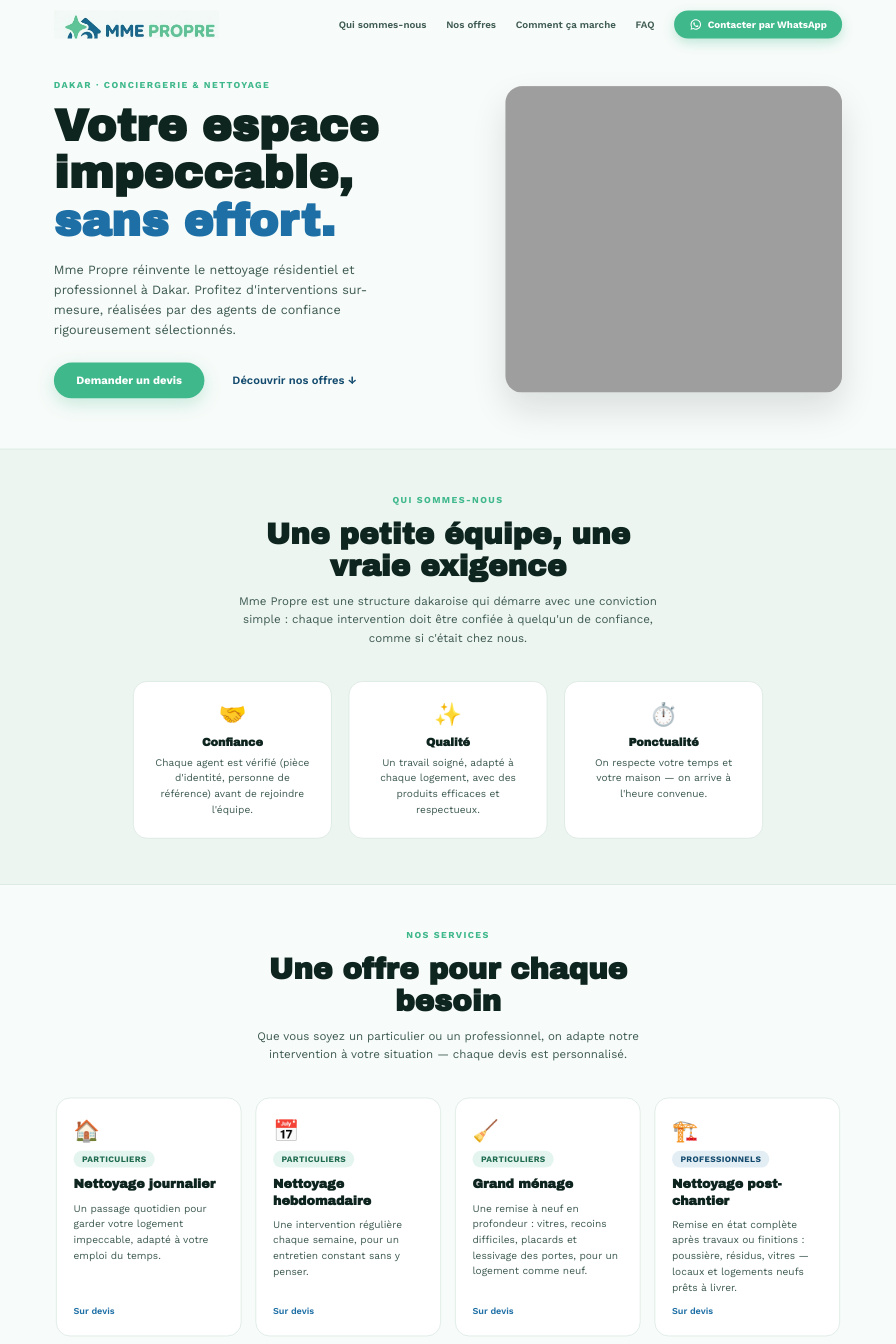
Repository: AntaaaKD/Mme-Propre
Page: index.html
An editor plug-in stored every save of this project. The page is shown before and after a run of saves, followed by the edit.
The browser window is 1280 px wide. The pictures show the part of the page from y = 0 to 1920 px (the page is 4385 px tall before and 4395 px after), at 70% of full size.
Pictures or frames that could not be fetched are drawn as grey boxes.

Above is the page before, as saved 2026-07-29 00:47:37.

### index.html
<!DOCTYPE html>
<html lang="fr">
<head>
<meta charset="UTF-8">
<meta name="viewport" content="width=device-width, initial-scale=1.0">
<title>Mme Propre — La propreté de votre demeure, en un clic</title>
<meta name="description" content="Nettoyage résidentiel et professionnel à Dakar : particuliers, bureaux, post-chantier. Agents de confiance, devis gratuit sous 24h.">

<!-- Aperçu de lien (WhatsApp, Facebook, etc.) -->
<meta property="og:type" content="website">
<meta property="og:title" content="Mme Propre — La propreté de votre demeure, en un clic">
<meta property="og:description" content="Nettoyage résidentiel et professionnel à Dakar : particuliers, bureaux, post-chantier. Agents de confiance, devis gratuit sous 24h.">
<meta property="og:image" content="https://images.unsplash.com/photo-1758272421751-963195322eaa?w=1200&auto=format&fit=crop&q=80">
<!-- ⚠️ Remplacer par l'URL réelle une fois le site déployé sur Netlify -->
<meta property="og:url" content="https://mme-propre.netlify.app/">
<meta name="twitter:card" content="summary_large_image">
<link rel="icon" type="image/png" href="data:[embedded picture, 38990 characters]">
<link rel="preconnect" href="https://fonts.googleapis.com">
<link rel="preconnect" href="https://fonts.gstatic.com" crossorigin>
<link href="https://fonts.googleapis.com/css2?family=Archivo+Black&family=Work+Sans:wght@400;500;600;700&display=swap" rel="stylesheet">

<!-- Sécurité : Cloudflare Turnstile -->
<script src="https://challenges.cloudflare.com/turnstile/v0/api.js" async defer></script>

<style>
  :root{
    --surface:#F7FBF9;
    --surface-2:#ECF5F0;
    --ink:#0E241E;
    --ink-soft:#3E5A52;
    --blue:#1D6FA5;
    --blue-deep:#124A6E;
    --mint:#3FB88C;
    --lemon:#F2C230;
    --line:#D6E6DE;
    --display:"Archivo Black", sans-serif;
    --body:"Work Sans", sans-serif;
  }
  *{box-sizing:border-box;}
  body{margin:0;padding:0;background:var(--surface);color:var(--ink);font-family:var(--body);}
  a{color:inherit;}
  section{scroll-margin-top:20px;}

  header{
    display:flex;align-items:center;justify-content:space-between;
    padding:15px 6vw;position:sticky;top:0;background:rgba(247,251,249,0.9);
    backdrop-filter:blur(6px);z-index:20;border-bottom:1px solid transparent;
  }
  .logo{display:flex;align-items:center;}
  .logo img{height:40px;width:auto;display:block;}
  nav{display:flex;align-items:center;gap:28px;}
  nav a.nav-link{font-size:14px;font-weight:600;color:var(--ink-soft);text-decoration:none;}
  .header-cta{
    font-size:14px;font-weight:700;color:#fff;background:var(--blue-deep);
    border-radius:999px;padding:11px 22px;text-decoration:none;
    transition:transform .15s ease;
  }
  .header-cta:hover{transform:translateY(-2px);}
  .header-cta-wa{
  display:inline-flex;align-items:center;gap:8px;background:var(--mint);
  box-shadow:0 6px 16px rgba(63,184,140,0.3);
}
.header-cta-wa:hover{box-shadow:0 10px 22px rgba(63,184,140,0.45);}
  @media (max-width:760px){ nav a.nav-link{display:none;} }

  .hero{position:relative;padding:6vh 6vw 10vh;overflow:hidden;}
  .hero-grid{position:relative;z-index:2;display:grid;grid-template-columns:1.1fr 0.9fr;gap:56px;align-items:center;}
  @media (max-width:860px){.hero-grid{grid-template-columns:1fr;gap:40px;} .hero-image{max-height:320px;}}
  .hero-image{position:relative;border-radius:24px;overflow:hidden;box-shadow:0 24px 50px rgba(14,36,30,0.12);aspect-ratio:1.1;}
  .hero-image img{width:100%;height:100%;object-fit:cover;display:block;}
  .eyebrow{font-size:13px;font-weight:700;letter-spacing:2px;text-transform:uppercase;color:var(--mint);margin-bottom:18px;}
  h1{font-family:var(--display);font-size:clamp(36px,5.5vw,64px);line-height:1.05;margin:0 0 22px;max-width:15ch;}
  h1 .accent{color:var(--blue);}
  .hero p.lead{font-size:18px;color:var(--ink-soft);max-width:46ch;line-height:1.6;margin:0 0 32px;}
  .hero-ctas{display:flex;gap:16px;align-items:center;flex-wrap:wrap;}
  .btn-primary{
    background:var(--mint);color:#fff;font-weight:700;padding:16px 32px;
    border-radius:999px;box-shadow:0 8px 24px rgba(63,184,140,0.25);text-decoration:none;
    transition:transform .2s ease, box-shadow .2s ease;
  }
  .btn-primary:hover{transform:translateY(-2px);box-shadow:0 12px 28px rgba(63,184,140,0.4);}
  .btn-secondary{font-weight:600;color:var(--blue-deep);padding:16px 24px;text-decoration:none;}

  .section{padding:9vh 6vw;}
  .section.alt{background:var(--surface-2);border-top:1px solid var(--line);border-bottom:1px solid var(--line);}
  .section-head{max-width:640px;margin:0 auto 48px;text-align:center;}
  .section-head .eyebrow{justify-content:center;display:flex;}
  .section-head h2{font-family:var(--display);font-size:clamp(28px,3.6vw,42px);margin:0 0 14px;}
  .section-head p{color:var(--ink-soft);font-size:16.5px;line-height:1.6;margin:0;}

    /* ---------- Qui sommes-nous / Valeurs ---------- */
  .values-grid{max-width:900px;margin:0 auto;display:grid;grid-template-columns:repeat(3,1fr);gap:24px;}
  @media (max-width:760px){.values-grid{grid-template-columns:1fr;}}
  .value-card{
    background:#fff;border:1.5px solid var(--line);border-radius:20px;padding:28px 24px;
    text-align:center;transition:transform .18s ease, box-shadow .18s ease;
  }
  .value-card:hover{transform:translateY(-4px);box-shadow:0 16px 32px rgba(14,36,30,0.08);}
  .value-icon{font-size:32px;display:block;margin-bottom:12px;}
  .value-card h4{font-family:var(--display);font-size:16px;margin:0 0 10px;}
  .value-card p{color:var(--ink-soft);font-size:14.5px;line-height:1.55;margin:0;}


  .offers{max-width:1120px;margin:0 auto;display:grid;grid-template-columns:repeat(4,1fr);gap:20px;}
  @media (max-width:980px){.offers{grid-template-columns:repeat(2,1fr);}}
  @media (max-width:560px){.offers{grid-template-columns:1fr;}}
  .offer-card{
    background:#fff;border:1.5px solid var(--line);border-radius:20px;padding:28px 24px;
    display:flex;flex-direction:column;gap:12px;transition:transform .18s ease, box-shadow .18s ease;
  }
  .offer-card:hover{transform:translateY(-4px);box-shadow:0 16px 32px rgba(14,36,30,0.08);}
  .offer-card .emoji{font-size:30px;}
  .offer-card h3{font-family:var(--display);font-size:18px;margin:0;line-height:1.3;}
  .offer-card p{color:var(--ink-soft);font-size:14.5px;line-height:1.55;margin:0;flex:1;}
  .offer-tag{
    align-self:flex-start;font-size:12px;font-weight:700;letter-spacing:0.5px;text-transform:uppercase;
    padding:5px 12px;border-radius:999px;
  }
  .tag-domicile{background:rgba(63,184,140,0.14);color:#1f6b4f;}
  .tag-pro{background:rgba(29,111,165,0.12);color:var(--blue-deep);}
  .offer-quote{font-size:13px;font-weight:600;color:var(--blue);margin-top:2px;}

  .steps{max-width:900px;margin:0 auto;display:grid;grid-template-columns:repeat(3,1fr);gap:28px;}
  @media (max-width:760px){.steps{grid-template-columns:1fr;}}
  .step{text-align:center;}
  .step-num{
    width:44px;height:44px;border-radius:50%;background:var(--blue-deep);color:#fff;
    display:flex;align-items:center;justify-content:center;font-family:var(--display);font-size:17px;
    margin:0 auto 16px;
  }
  .step h4{font-family:var(--display);font-size:17px;margin:0 0 8px;}
  .step p{color:var(--ink-soft);font-size:14.5px;line-height:1.55;margin:0;}

  .form-wrap{max-width:760px;margin:0 auto;background:#fff;border:1.5px solid var(--line);border-radius:24px;padding:44px 40px;}
  @media (max-width:600px){.form-wrap{padding:32px 22px;}}
  .grid{display:grid;grid-template-columns:1fr 1fr;gap:16px;}
  @media (max-width:680px){.grid{grid-template-columns:1fr;}}
  .field{display:flex;flex-direction:column;gap:6px;}
  .field.full{grid-column:1/-1;}
  label{font-size:13px;font-weight:600;color:var(--ink-soft);}
  input,select,textarea{
    font-family:var(--body);font-size:15px;border:1.5px solid var(--line);border-radius:12px;
    padding:13px 15px;background:#fff;color:var(--ink);outline:none;transition:border-color .18s ease;
  }
  input:focus,select:focus,textarea:focus{border-color:var(--blue);}
  textarea{resize:vertical;min-height:90px;}

  .security-row { margin-top: 10px; display: flex; justify-content: center; width: 100%; }

  .submit-row{margin-top:20px;display:flex;align-items:center;gap:16px;flex-wrap:wrap;}
  .btn-whatsapp{
    display:inline-flex;align-items:center;gap:10px;background:var(--mint);color:#fff;border:none;
    border-radius:999px;padding:15px 26px;font-family:var(--body);font-weight:700;font-size:15px;cursor:pointer;
    transition:transform .15s ease, box-shadow .15s ease;
  }
  .btn-whatsapp:hover{transform:translateY(-2px);box-shadow:0 8px 22px rgba(63,184,140,0.35);}
  .btn-whatsapp:disabled{opacity:0.6;cursor:not-allowed;transform:none;}
  .btn-whatsapp-outline{
    display:inline-flex;align-items:center;gap:10px;background:#fff;color:var(--ink);border:1.5px solid var(--line);
    border-radius:999px;padding:14px 24px;font-family:var(--body);font-weight:700;font-size:14.5px;cursor:pointer;
    transition:transform .15s ease, border-color .15s ease;
  }
  .btn-whatsapp-outline:hover{transform:translateY(-2px);border-color:var(--mint);}
  .hint{font-size:13px;color:var(--ink-soft);}
  .privacy-note{font-size:12.5px;color:var(--ink-soft);margin-top:10px;line-height:1.5;}
  .hp-field{position:absolute;left:-9999px;top:-9999px;height:0;width:0;overflow:hidden;}

  .direct{padding:8vh 6vw;text-align:center;}

  /* ---------- FAQ ---------- */
  .faq-list{max-width:760px;margin:0 auto;display:flex;flex-direction:column;gap:14px;}
  .faq-item{
    background:#fff;border:1.5px solid var(--line);border-radius:16px;
    padding:6px 22px;transition:border-color .18s ease;
  }
  .faq-item[open]{border-color:var(--mint);}
  .faq-item summary{
    padding:16px 0;font-family:var(--display);font-size:15.5px;cursor:pointer;
    list-style:none;display:flex;align-items:center;justify-content:space-between;gap:16px;color:var(--ink);
  }
  .faq-item summary::-webkit-details-marker{display:none;}
  .faq-item summary::after{
    content:"+";font-family:var(--body);font-size:22px;font-weight:400;color:var(--mint);flex-shrink:0;
    transition:transform .2s ease;
  }
  .faq-item[open] summary::after{transform:rotate(45deg);}
  .faq-item p{color:var(--ink-soft);font-size:14.5px;line-height:1.6;margin:0 0 18px;}
  .direct h3{font-family:var(--display);font-size:clamp(22px,3vw,30px);margin:0 0 12px;}
  .direct p{color:var(--ink-soft);margin:0 0 26px;font-size:16px;}
  .btn-direct{
    display:inline-flex;align-items:center;gap:10px;
    background:var(--blue-deep);color:#fff;border:none;border-radius:999px;
    padding:16px 30px;font-family:var(--body);font-weight:700;font-size:15.5px;text-decoration:none;
    transition:transform .15s ease;
  }
  .btn-direct:hover{transform:translateY(-2px);}

  footer{padding:26px 6vw;border-top:1px solid var(--line);font-size:13px;color:var(--ink-soft);display:flex;justify-content:space-between;flex-wrap:wrap;gap:10px;}
</style>
</head>
<body>

<header>
  <div class="logo"><img src="data:[embedded picture, 79982 characters]" alt="Mme Propre"></div>
    <nav>
    <a class="nav-link" href="#apropos">Qui sommes-nous</a>
    <a class="nav-link" href="#offres">Nos offres</a>
    <a class="nav-link" href="#comment">Comment ça marche</a>
    <a class="nav-link" href="#faq">FAQ</a>
    <a class="header-cta header-cta-wa" id="header-wa-btn" href="#" target="_blank" rel="noopener">
  <svg viewBox="0 0 24 24" width="18" height="18" fill="currentColor" aria-hidden="true">
    <path d="M12 2C6.48 2 2 6.48 2 12c0 1.85.5 3.58 1.38 5.07L2 22l5.11-1.34A9.94 9.94 0 0 0 12 22c5.52 0 10-4.48 10-10S17.52 2 12 2zm0 18c-1.63 0-3.16-.44-4.48-1.21l-.32-.19-3.03.79.81-2.95-.21-.31A7.94 7.94 0 0 1 4 12c0-4.41 3.59-8 8-8s8 3.59 8 8-3.59 8-8 8zm4.36-5.86c-.24-.12-1.42-.7-1.64-.78-.22-.08-.38-.12-.54.12-.16.24-.62.78-.76.94-.14.16-.28.18-.52.06-.24-.12-1.01-.37-1.92-1.19-.71-.63-1.19-1.41-1.33-1.65-.14-.24-.01-.37.11-.49.11-.11.24-.28.36-.42.12-.14.16-.24.24-.4.08-.16.04-.3-.02-.42-.06-.12-.54-1.3-.74-1.78-.19-.46-.39-.4-.54-.4-.14 0-.3-.02-.46-.02s-.42.06-.64.3c-.22.24-.84.82-.84 2s.86 2.32.98 2.48c.12.16 1.7 2.6 4.12 3.64.58.25 1.03.4 1.38.51.58.18 1.11.16 1.53.1.47-.07 1.42-.58 1.62-1.14.2-.56.2-1.04.14-1.14-.06-.1-.22-.16-.46-.28z"/>
  </svg>
  <span>Contacter par WhatsApp</span>
</a>
  </nav>
</header>

<section class="hero">
  <div class="hero-grid">
    <div>
      <div class="eyebrow">Dakar · Conciergerie & Nettoyage</div>
      <h1>Votre espace impeccable, <span class="accent">sans effort.</span></h1>
      <p class="lead">Mme Propre réinvente le nettoyage résidentiel et professionnel à Dakar. Profitez d'interventions sur-mesure, réalisées par des agents de confiance rigoureusement sélectionnés.</p>
      <div class="hero-ctas">
        <a href="#devis" class="btn-primary">Demander un devis</a>
        <a href="#offres" class="btn-secondary">Découvrir nos offres ↓</a>
      </div>
    </div>
    <div class="hero-image">
      <img src="https://african.land/oc-content/plugins/blog/img/blog/328.jpg" alt="Nettoyage professionnel de maison à Dakar">

    </div>
  </div>
</section>



<!-- ============ NOUVELLE SECTION : QUI SOMMES-NOUS ============ -->
<section class="section alt" id="apropos">
  <div class="section-head">
    <div class="eyebrow">Qui sommes-nous</div>
    <h2>Une petite équipe, une vraie exigence</h2>
    <p>Mme Propre est une structure dakaroise qui démarre avec une conviction simple : chaque intervention doit être confiée à quelqu'un de confiance, comme si c'était chez nous.</p>
  </div>
  <div class="values-grid">
    <div class="value-card">
      <span class="value-icon">🤝</span>
      <h4>Confiance</h4>
      <p>Chaque agent est vérifié (pièce d'identité, personne de référence) avant de rejoindre l'équipe.</p>
    </div>
    <div class="value-card">
      <span class="value-icon">✨</span>
      <h4>Qualité</h4>
      <p>Un travail soigné, adapté à chaque logement, avec des produits efficaces et respectueux.</p>
    </div>
    <div class="value-card">
      <span class="value-icon">⏱️</span>
      <h4>Ponctualité</h4>
      <p>On respecte votre temps et votre maison — on arrive à l'heure convenue.</p>
    </div>
  </div>
</section>
<!-- ============ FIN NOUVELLE SECTION ============ -->

<section class="section" id="offres">
  <div class="section-head">
    <div class="eyebrow">Nos services</div>
    <h2>Une offre pour chaque besoin</h2>
    <p>Que vous soyez un particulier ou un professionnel, on adapte notre intervention à votre situation — chaque devis est personnalisé.</p>
  </div>
  <div class="offers">
    <div class="offer-card">
      <span class="emoji">🏠</span>
      <span class="offer-tag tag-domicile">Particuliers</span>
      <h3>Nettoyage journalier</h3>
      <p>Un passage quotidien pour garder votre logement impeccable, adapté à votre emploi du temps.</p>
      <span class="offer-quote">Sur devis</span>
    </div>
    <div class="offer-card">
      <span class="emoji">📅</span>
      <span class="offer-tag tag-domicile">Particuliers</span>
      <h3>Nettoyage hebdomadaire</h3>
      <p>Une intervention régulière chaque semaine, pour un entretien constant sans y penser.</p>
      <span class="offer-quote">Sur devis</span>
    </div>
    <div class="offer-card">
      <span class="emoji">🧹</span>
      <span class="offer-tag tag-domicile">Particuliers</span>
      <h3>Grand ménage</h3>
      <p>Une remise à neuf en profondeur : vitres, recoins difficiles, placards et lessivage des portes, pour un logement comme neuf.</p>
      <span class="offer-quote">Sur devis</span>
    </div>
    <div class="offer-card">
      <span class="emoji">🏗️</span>
      <span class="offer-tag tag-pro">Professionnels</span>
      <h3>Nettoyage post-chantier</h3>
      <p>Remise en état complète après travaux ou finitions : poussière, résidus, vitres — locaux et logements neufs prêts à livrer.</p>
      <span class="offer-quote">Sur devis</span>
    </div>
  </div>
</section>

<section class="section alt" id="comment">
  <div class="section-head">
    <div class="eyebrow">Simple et rapide</div>
    <h2>Comment ça marche</h2>
  </div>
  <div class="steps">
    <div class="step">
      <div class="step-num">1</div>
      <h4>Vous nous contactez</h4>
      <p>Décrivez votre besoin via le formulaire ou directement sur WhatsApp : type de bien, surface, fréquence souhaitée.</p>
    </div>
    <div class="step">
      <div class="step-num">2</div>
      <h4>On évalue ensemble</h4>
      <p>Selon la situation, on échange par téléphone et on organise une visite pour établir un devis précis et adapté.</p>
    </div>
    <div class="step">
      <div class="step-num">3</div>
      <h4>Intervention programmée</h4>
      <p>Une fois le devis validé, on planifie l'intervention à la date qui vous convient le mieux.</p>
    </div>
  </div>
</section>

<section class="section" id="faq">
  <div class="section-head">
    <div class="eyebrow">Questions fréquentes</div>
    <h2>Ce que vous vous demandez peut-être</h2>
  </div>
  <div class="faq-list">
    <details class="faq-item">
      <summary>Comment sélectionnez-vous vos agents de nettoyage ?</summary>
      <p>Chaque candidat passe par une vérification d'identité (pièce d'identité) et fournit une personne de référence avant de rejoindre l'équipe. On reste une petite structure qui démarre, donc chaque profil est validé personnellement plutôt que via un processus automatisé.</p>
    </details>
    <details class="faq-item">
      <summary>Dois-je être présent(e) pendant l'intervention ?</summary>
      <p>Ce n'est pas obligatoire, mais c'est recommandé pour la toute première intervention afin de valider ensemble vos attentes et l'accès au logement. Pour les interventions suivantes, on s'organise selon ce qui vous convient le mieux.</p>
    </details>
    <details class="faq-item">
      <summary>Comment se passe le paiement ?</summary>
      <p>Les modalités (montant, moyen de paiement, fréquence) sont fixées ensemble au moment du devis, avant toute intervention — vous savez exactement à quoi vous attendre dès le départ.</p>
    </details>
    <details class="faq-item">
      <summary>Que se passe-t-il si je ne suis pas satisfait(e) ?</summary>
      <p>Contactez-nous directement — on préfère de loin ajuster le service avec vous plutôt que de laisser un problème sans réponse.</p>
    </details>
    <details class="faq-item">
      <summary>Travaillez-vous aussi avec les professionnels de l'immobilier et du bâtiment ?</summary>
      <p>Oui — nettoyage post-chantier, remise en état de logements neufs ou de locaux avant livraison. Contactez-nous pour discuter de vos besoins, ponctuels ou récurrents.</p>
    </details>
  </div>
</section>

<section class="section" id="devis">
  <div class="section-head">
    <div class="eyebrow">Demande de devis</div>
    <h2>Parlez-nous de votre projet</h2>
    <p>Particulier ou professionnel, remplissez ce formulaire — on revient vers vous rapidement avec une proposition adaptée.</p>
  </div>

  <div class="form-wrap">
    <div class="grid">
      <div class="field"><label for="d-nom">Nom complet</label><input id="d-nom" type="text" required maxlength="80" autocomplete="name" placeholder="Ex : Awa Diagne"></div>
      <div class="field"><label for="d-tel">Numéro de téléphone</label><input id="d-tel" type="tel" required maxlength="25" autocomplete="tel" inputmode="tel" pattern="^[0-9+ ]{7,25}$" placeholder="77 000 00 00"></div>
      <div class="field">
        <label for="d-type">Vous êtes</label>
        <select id="d-type">
          <option value="Particulier — Domicile">Particulier — nettoyage domicile</option>
          <option value="Pro — Post-chantier">Professionnel — nettoyage post-chantier</option>
          <option value="Pro — Bureaux/Locaux">Professionnel — bureaux / locaux</option>
          <option value="Autre">Autre</option>
        </select>
      </div>
      <div class="field"><label for="d-zone">Quartier / zone</label><input id="d-zone" type="text" placeholder="Ex : Sacré-Cœur, Dakar" maxlength="100"></div>
      <div class="field full"><label for="d-surface">Surface ou taille approximative (si connue)</label><input id="d-surface" type="text" placeholder="Ex : Appartement 3 pièces, ou 200 m²" maxlength="100"></div>
      <div class="field full">
        <label for="d-msg">Décrivez votre besoin</label>
        <textarea id="d-msg" maxlength="1000" placeholder="Ex : Nettoyage de fin de chantier pour un immeuble de 4 appartements..."></textarea>
      </div>

      <!-- Champ piège anti-bot : invisible pour un humain, souvent rempli par les robots -->
      <div class="field full hp-field" aria-hidden="true">
        <label for="d-site">Laisser ce champ vide</label>
        <input id="d-site" type="text" tabindex="-1" autocomplete="off">
      </div>

      <div class="field full security-row">
        <div class="cf-turnstile" data-sitekey="0x4AAAAAAD6Cu6YosposxSZD"></div>
      </div>
    </div>

    <div class="submit-row">
      <button class="btn-whatsapp" id="submit-btn">Envoyer ma demande</button>
      <button class="btn-whatsapp-outline" id="wa-direct-btn">Ou nous écrire sur WhatsApp</button>
    </div>
    <div class="hint" id="submit-status" style="margin-top:14px;">On vous répond généralement sous 24h.</div>
    <p class="privacy-note">En envoyant ce formulaire, vous acceptez que Mme Propre conserve ces informations pour vous recontacter au sujet de votre demande. Elles ne sont ni revendues, ni partagées avec des tiers.</p>
  </div>
</section>

<section class="direct">
  <h3>Une question avant de remplir le formulaire ?</h3>
  <p>Écrivez-nous directement, on répond vite.</p>
  <a class="btn-direct" id="direct-wa" href="#" target="_blank" rel="noopener">Contacter Mme Propre sur WhatsApp</a>
</section>

<footer>
  <span>Mme Propre — Dakar, Sénégal</span>
  <a class="footer-phone" href="tel:+221775730664">
    <svg viewBox="0 0 24 24" width="16" height="16" fill="currentColor" aria-hidden="true">
      <path d="M6.62 10.79a15.05 15.05 0 0 0 6.59 6.59l2.2-2.2a1 1 0 0 1 1.02-.24 11.36 11.36 0 0 0 3.57.57 1 1 0 0 1 1 1V20a1 1 0 0 1-1 1A17 17 0 0 1 3 4a1 1 0 0 1 1-1h3.5a1 1 0 0 1 1 1 11.36 11.36 0 0 0 .57 3.57 1 1 0 0 1-.25 1.02l-2.2 2.2z"/>
    </svg>
    <span>+221 77 573 06 64</span>
  </a>
  <span>Nettoyage résidentiel & professionnel</span>
</footer>
<script src="script.js"></script>

</body>
</html>

Loaded but not shown: script.js (105 lines, source omitted)

After the next 4 saves:
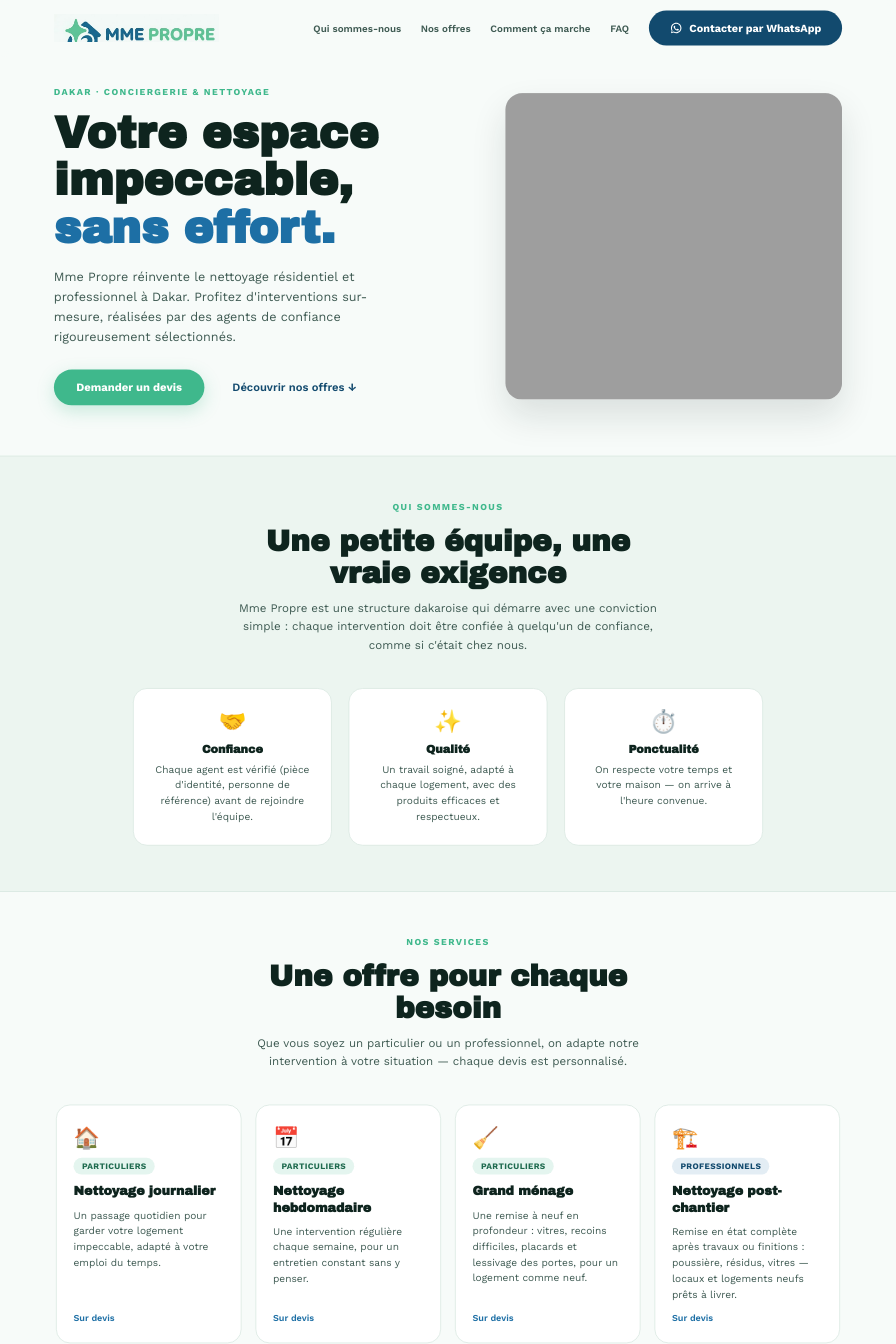
The 4 saves are shown as one change because they came seconds apart.
The last was saved 14 s later.
--- a/index.html
+++ b/index.html
@@ -207,7 +207,7 @@
     <a class="nav-link" href="#offres">Nos offres</a>
     <a class="nav-link" href="#comment">Comment ça marche</a>
     <a class="nav-link" href="#faq">FAQ</a>
-    <a class="header-cta header-cta-wa" id="header-wa-btn" href="#" target="_blank" rel="noopener">
+    <a class="btn-direct" id="direct-wa-btn" href="#" target="_blank" rel="noopener">
   <svg viewBox="0 0 24 24" width="18" height="18" fill="currentColor" aria-hidden="true">
     <path d="M12 2C6.48 2 2 6.48 2 12c0 1.85.5 3.58 1.38 5.07L2 22l5.11-1.34A9.94 9.94 0 0 0 12 22c5.52 0 10-4.48 10-10S17.52 2 12 2zm0 18c-1.63 0-3.16-.44-4.48-1.21l-.32-.19-3.03.79.81-2.95-.21-.31A7.94 7.94 0 0 1 4 12c0-4.41 3.59-8 8-8s8 3.59 8 8-3.59 8-8 8zm4.36-5.86c-.24-.12-1.42-.7-1.64-.78-.22-.08-.38-.12-.54.12-.16.24-.62.78-.76.94-.14.16-.28.18-.52.06-.24-.12-1.01-.37-1.92-1.19-.71-.63-1.19-1.41-1.33-1.65-.14-.24-.01-.37.11-.49.11-.11.24-.28.36-.42.12-.14.16-.24.24-.4.08-.16.04-.3-.02-.42-.06-.12-.54-1.3-.74-1.78-.19-.46-.39-.4-.54-.4-.14 0-.3-.02-.46-.02s-.42.06-.64.3c-.22.24-.84.82-.84 2s.86 2.32.98 2.48c.12.16 1.7 2.6 4.12 3.64.58.25 1.03.4 1.38.51.58.18 1.11.16 1.53.1.47-.07 1.42-.58 1.62-1.14.2-.56.2-1.04.14-1.14-.06-.1-.22-.16-.46-.28z"/>
   </svg>
